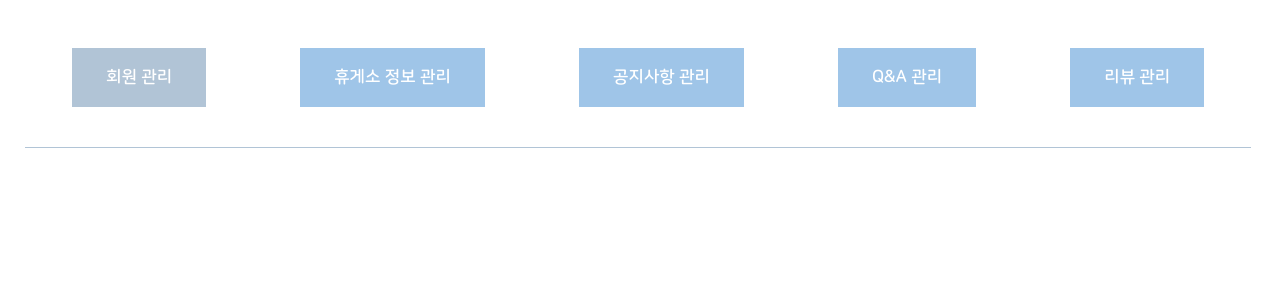
Repository: kimyerim-o/hyusikpro
Page: http://localhost/prac1/admin/admin.jsp
These files come from the project's save history. The page is drawn as it stood at one moment and after the next save; the edit follows.
The browser window is 1280 px wide. The pictures show the whole page.
After loading, the first visible `li.current` was clicked once.
Some web libraries are served in a nearby version. The page is served by Tomcat 9. Nobody is signed in. The application's start-up code is not run.

Above is the page before, as saved 2020-05-14 05:19:25.
Console error: TypeError: document.console is not a function

After the next save:
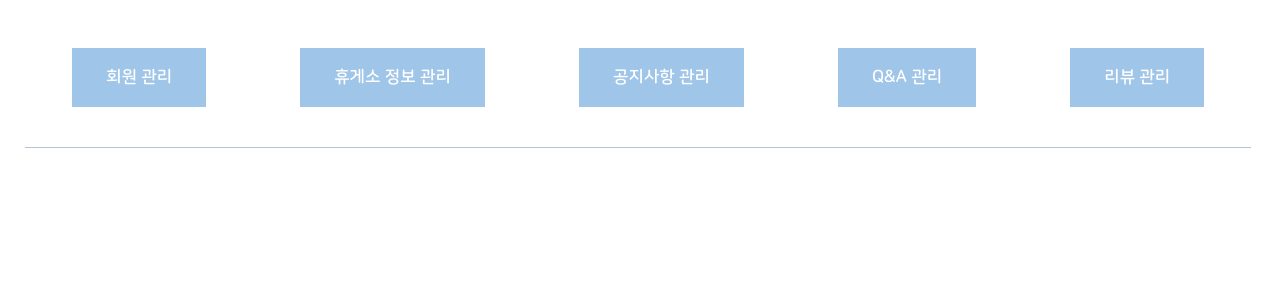
The error is gone.
Saved 59 s later.
--- a/hyusik/prac1/WebContent/admin/admin.jsp
+++ b/hyusik/prac1/WebContent/admin/admin.jsp
@@ -7,23 +7,9 @@
 <script>
 	$(function() {
 		$('ul.tab li').click(function() {
-			var now=document.URL;
-			document.console(now);
 			var activeTab = $(this).attr('data-tab');
-			switch(now){
-				case "http://localhost:8090/prac1/admin.go":
-					$('ul.tab li').removeClass('current');
-					$('#tab2').addClass('current');
-					break;
-				case "http://localhost:8090/prac1/admin_info.go":
-					$('ul.tab li').removeClass('current');
-					$('#tab3').addClass('current');
-					break;
-				case "http://localhost:8090/prac1/admin_notice.go":
-					$('ul.tab li').removeClass('current');
-					$('#tab4').addClass('current');
-					break;
-			}
+			$('ul.tab li').removeClass('current');
+			$('#tab4').addClass('current');
 		})
 	})
 </script>
